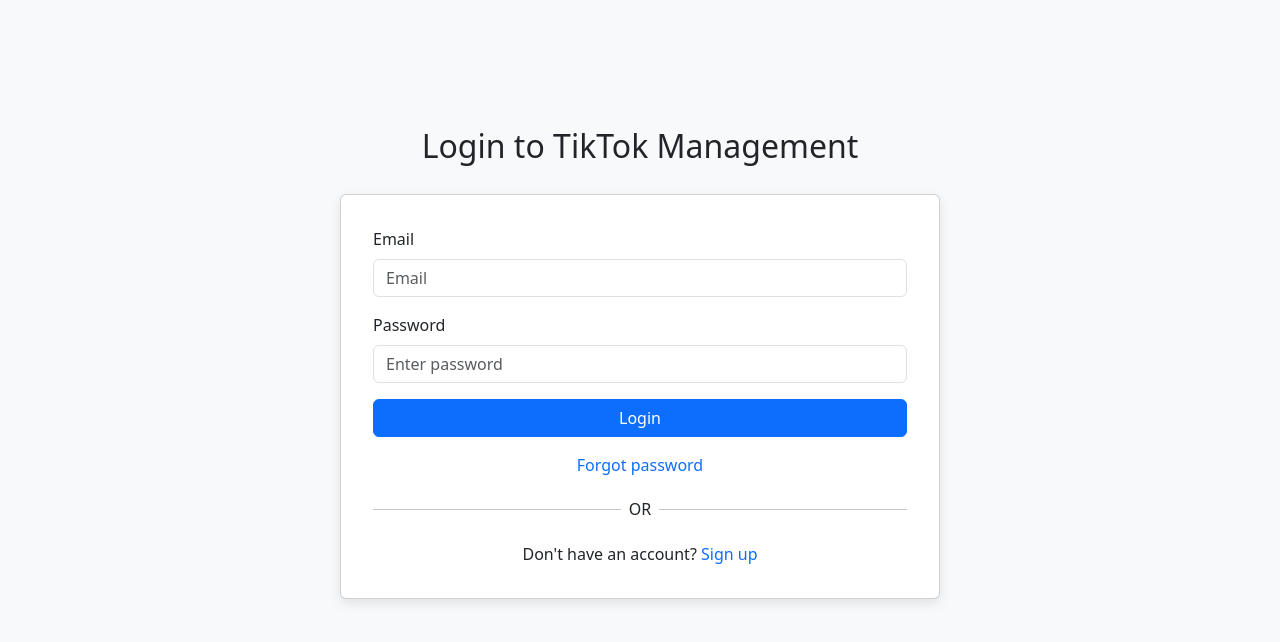
Repository: chaolaolo/tikcrm-fe
Page: /
The author's editor kept a copy of each file at every save. The page is drawn from the files as they stood at one save, then again after the next save.
The browser window is 1280 px wide. The pictures show the whole page.
The project was rebuilt for these pictures with package versions that can differ from the ones it lists, and the page was loaded fresh each time. Also part of the build but not shown: vite.config.ts, src/pages/Home/Settings.tsx, src/pages/Home/HomePage.tsx. Imported but missing from the stored project, and not drawn on this page: src/pages/Home/Dashboard, src/pages/Register/RegisterPage.

Above is the page before, as saved 2025-05-22 22:20:03.

### src/main.tsx
import React, { StrictMode } from 'react'
import ReactDOM from 'react-dom/client';
import { createRoot } from 'react-dom/client'
import './index.css'
import { BrowserRouter } from 'react-router-dom';
import { AuthProvider } from './store/AuthContext.tsx';
import App from './App.tsx'
import 'antd/dist/reset.css';
import 'bootstrap/dist/css/bootstrap.min.css';
import 'bootstrap/dist/js/bootstrap.bundle.min.js';

ReactDOM.createRoot(document.getElementById('root')!).render(
  <React.StrictMode>
    <AuthProvider>
      <BrowserRouter>
        <App />
      </BrowserRouter>
    </AuthProvider>
  </React.StrictMode>
)

### src/store/AuthContext.tsx
import React, { createContext, useContext, useState, type ReactNode } from 'react';

interface AuthContextProps {
  isLoggedIn: boolean;
  login: () => void;
  logout: () => void;
}

const AuthContext = createContext<AuthContextProps | undefined>(undefined);

export const AuthProvider = ({ children }: { children: ReactNode }) => {
  const [isLoggedIn, setIsLoggedIn] = useState(false);

  const login = () => setIsLoggedIn(true);
  const logout = () => setIsLoggedIn(false);

  return (
    <AuthContext.Provider value={{ isLoggedIn, login, logout }}>
      {children}
    </AuthContext.Provider>
  );
};

export const useAuth = () => {
  const context = useContext(AuthContext);
  if (!context) throw new Error('useAuth must be used within AuthProvider');
  return context;
};

### src/App.tsx
import { useState } from 'react'
import reactLogo from './assets/react.svg'
import viteLogo from '/vite.svg'
import './App.css'
import { useAuth } from './store/AuthContext';
import { Navigate, Route, Routes } from 'react-router-dom';
import LoginPage from './pages/Auth/LoginPage';
import RegisterPage from './pages/Register/RegisterPage';
import HomePage from './pages/Home/HomePage';
import 'bootstrap/dist/css/bootstrap.min.css';
import 'bootstrap/dist/js/bootstrap.bundle.min.js';
import 'antd/dist/reset.css'

const App = () => {
  const { isLoggedIn } = useAuth();

  return (
    <Routes>
      <Route path="/login" element={<LoginPage />} />
      <Route path="/register" element={<RegisterPage />} />
      <Route
        path="/home/*"
        element={isLoggedIn ? <HomePage /> : <Navigate to="/login" />}
      />
      <Route path="*" element={<Navigate to={isLoggedIn ? "/home" : "/login"} />} />
    </Routes>
  );
};

export default App;

### src/pages/Auth/LoginPage.tsx
import React from 'react';
import 'bootstrap/dist/css/bootstrap.min.css';

const LoginPage: React.FC = () => {
  return (
    <div style={{
      backgroundColor: '#f8f9fa', // Màu light của Bootstrap
      position: 'fixed',
      top: 0,
      left: 0,
      right: 0,
      bottom: 0,
      overflow: 'auto'
    }}>
      <div className="d-flex justify-content-center align-items-center min-vh-100 p-3">
        <div className="w-100" style={{ maxWidth: '600px', }}>
          <p className="text-center mb-4 fs-2">Login to TikTok Management</p>
          <div className="card p-8" style={{
            backgroundColor: 'white',
            boxShadow: '0 4px 12px rgba(0, 0, 0, 0.1)'
          }}>
            <form>
              <div className="mb-3 text-start">
                <label htmlFor="email" className="form-label">Email</label>
                <input
                  type="email"
                  className="form-control"
                  id="email"
                  placeholder="Email"
                />
              </div>

              <div className="mb-3 text-start">
                <label htmlFor="password" className="form-label">Password</label>
                <input
                  type="password"
                  className="form-control"
                  id="password"
                  placeholder="Enter password"
                />
              </div>

              <button type="submit" className="btn btn-primary w-100 mb-3">Login</button>

              <div className="text-center mb-3">
                <a href="#forgot-password" className="text-decoration-none">Forgot password</a>
              </div>

              <div className="d-flex align-items-center mb-3">
                <hr className="flex-grow-1" />
                <span className="px-2">OR</span>
                <hr className="flex-grow-1" />
              </div>

              <div className="text-center">
                <span>Don't have an account? </span>
                <a href="#signup" className="text-decoration-none">Sign up</a>
              </div>
            </form>
          </div>
        </div>
      </div>
    </div>
  );
};

export default LoginPage;

Loaded but not shown: index.html (common file); src/index.css (common file); src/App.css (common file)

After the next save:
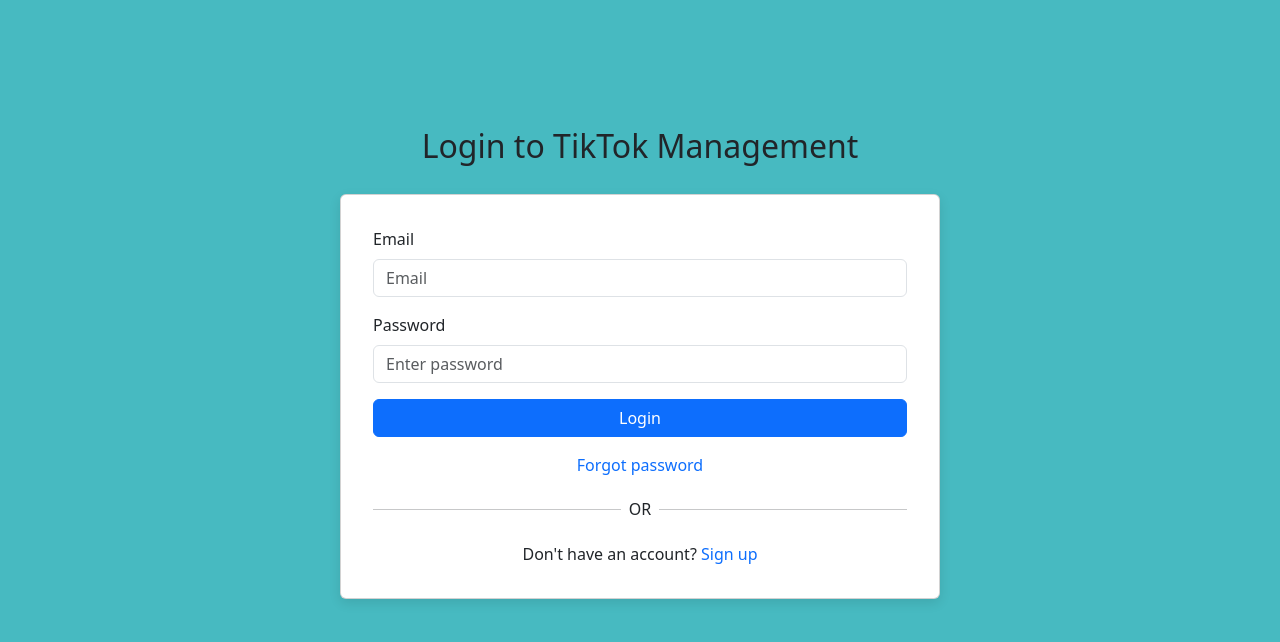
Saved 43 s later.
--- a/src/pages/Auth/LoginPage.tsx
+++ b/src/pages/Auth/LoginPage.tsx
@@ -4,7 +4,7 @@
 const LoginPage: React.FC = () => {
   return (
     <div style={{
-      backgroundColor: '#f8f9fa', // Màu light của Bootstrap
+      backgroundColor: '#47bac1', // Màu light của Bootstrap
       position: 'fixed',
       top: 0,
       left: 0,

After the save that followed:
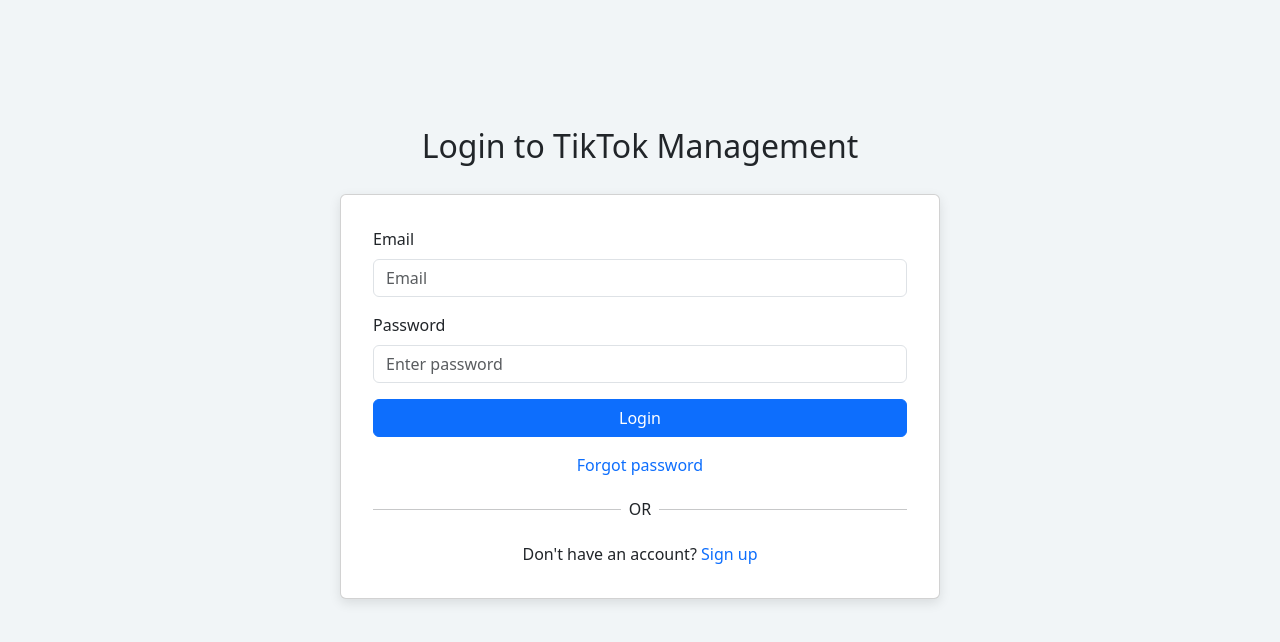
Saved 36 s later.
--- a/src/pages/Auth/LoginPage.tsx
+++ b/src/pages/Auth/LoginPage.tsx
@@ -4,7 +4,7 @@
 const LoginPage: React.FC = () => {
   return (
     <div style={{
-      backgroundColor: '#47bac1', // Màu light của Bootstrap
+      backgroundColor: '#f1f5f7', // Màu light của Bootstrap
       position: 'fixed',
       top: 0,
       left: 0,
